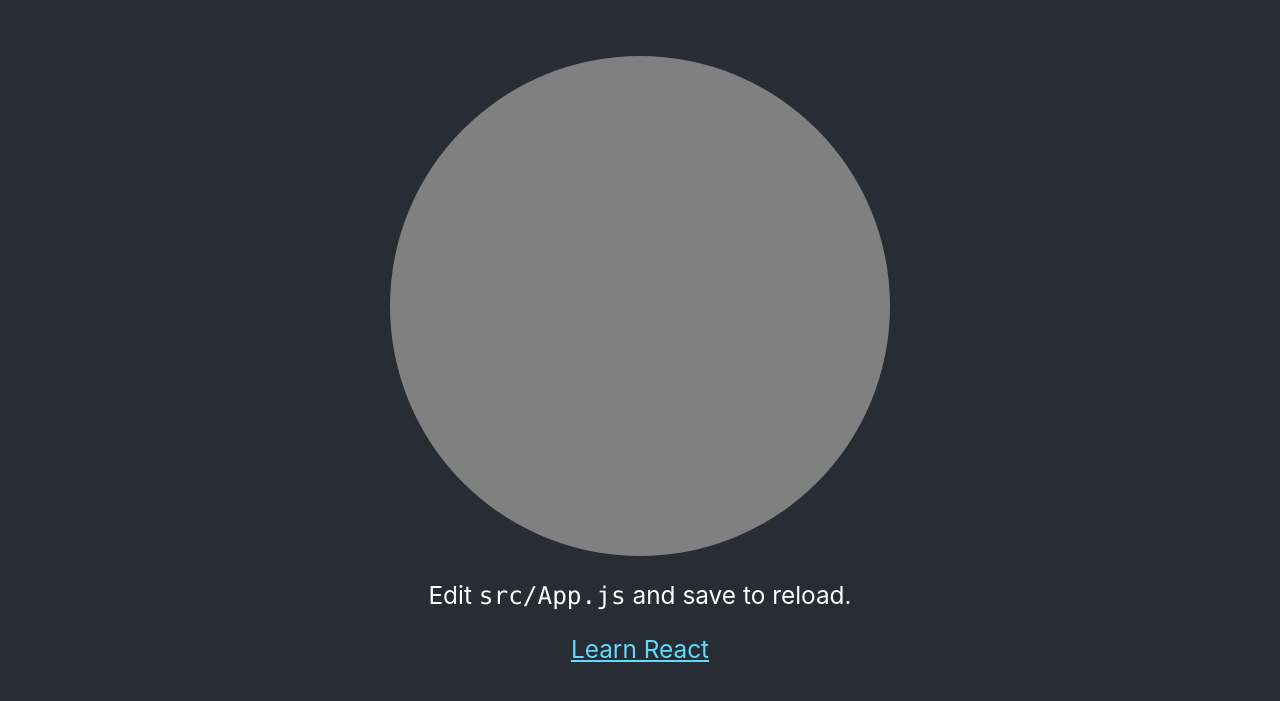
Repository: RahmanRakib9/TwentyOne
Page: /
The author's editor kept a copy of each file at every save. The page is drawn from the files as they stood at one save, then again after a run of saves.
The browser window is 1280 px wide. The pictures show the whole page.
The project was rebuilt for these pictures with package versions that can differ from the ones it lists, and the page was loaded fresh each time.

Above is the page before, as saved 2022-10-07 23:41:15.

After the next 2 saves:
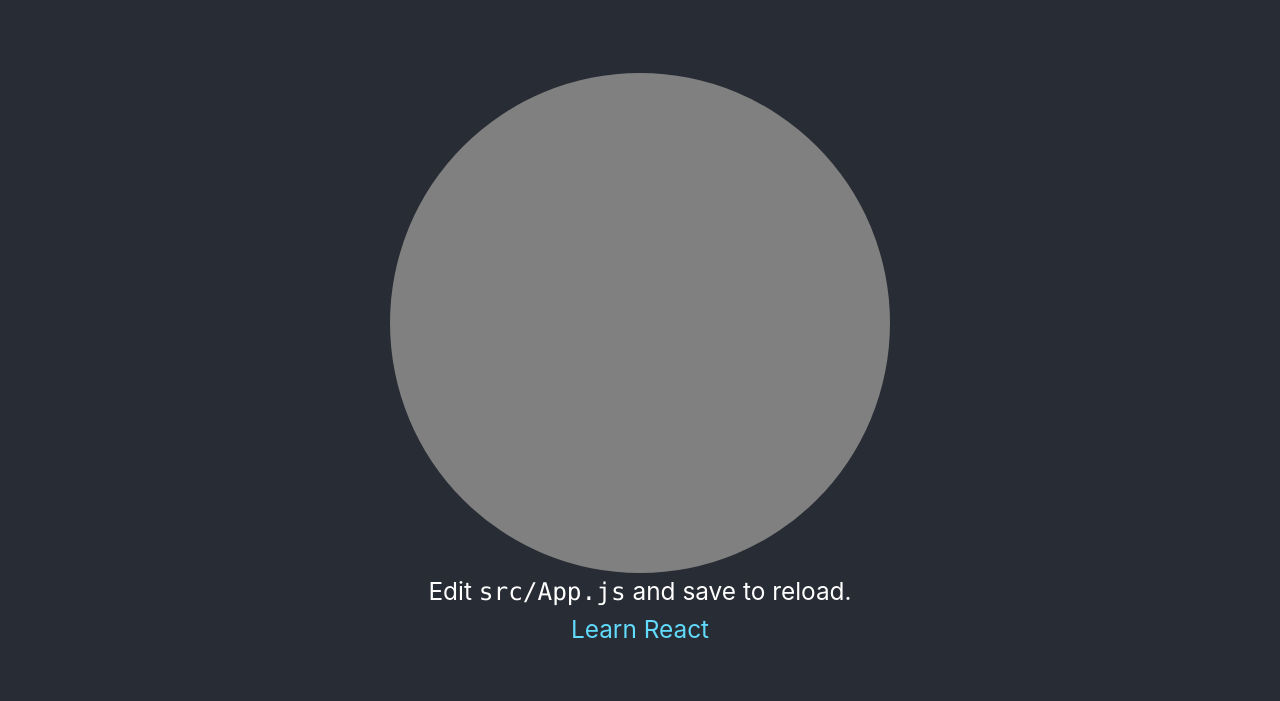
The 2 saves are shown as one change because they came seconds apart.
The last was saved 10 s later.
--- a/src/index.css
+++ b/src/index.css
@@ -1,4 +1,7 @@
 /* tailwind css directives */
+@tailwind base;
+@tailwind components;
+@tailwind utilities;
 
 body {
   margin: 0;
